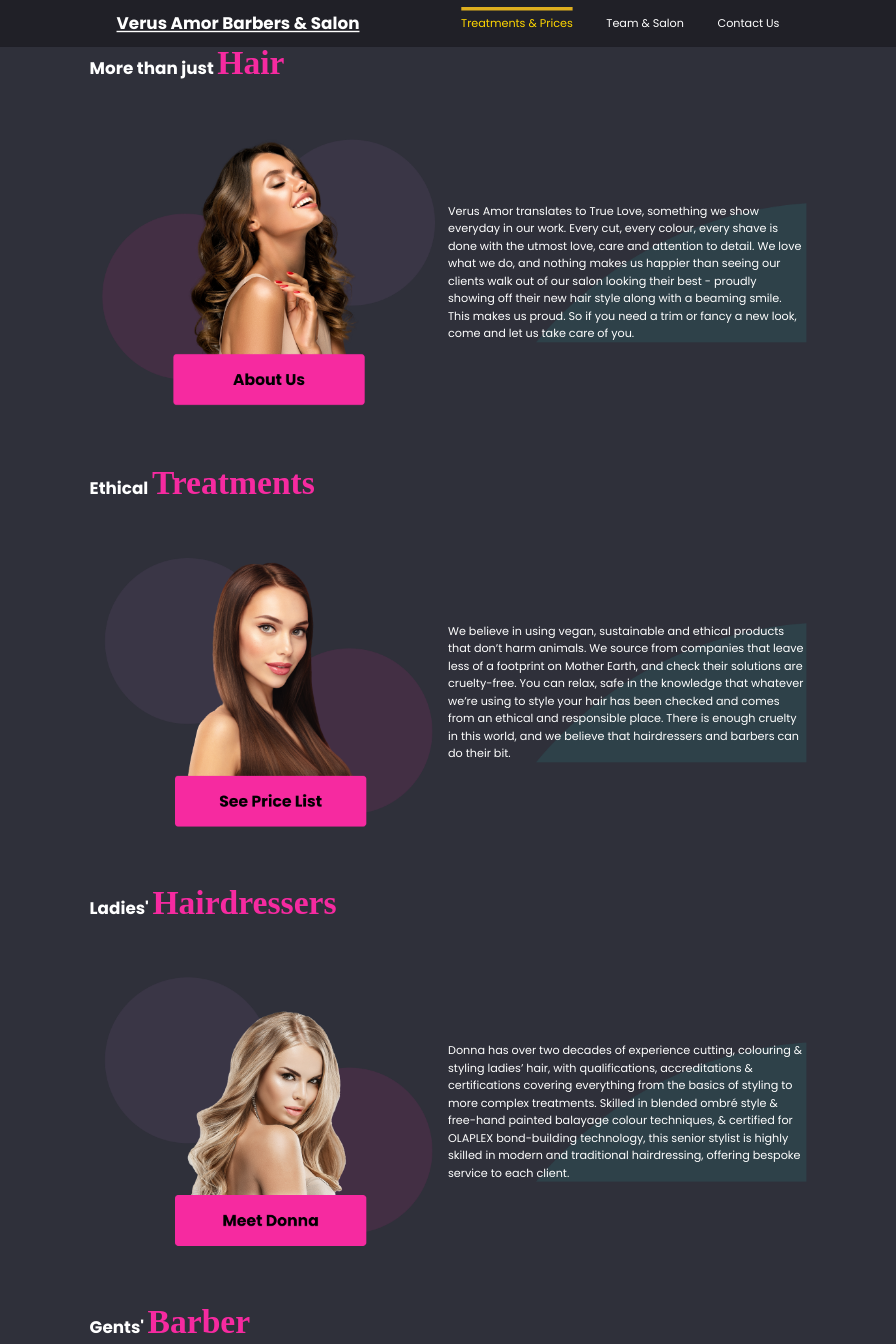
Repository: Troy-Bolt/verustroy-
Page: index.html
The author's editor kept a copy of each file at every save. The page is drawn from the files as they stood at one save, then again after the next save.
The browser window is 1280 px wide. The pictures show the part of the page from y = 0 to 1920 px (the page is 6315 px tall), at 70% of full size.
The first visible `ul li a` is being pressed.
Backgrounds fixed to the window are drawn as part of the page. Some web fonts or font styles are not loaded; a fallback is used.

Above is the page before, as saved 2022-04-21 07:28:18.

After the next save:
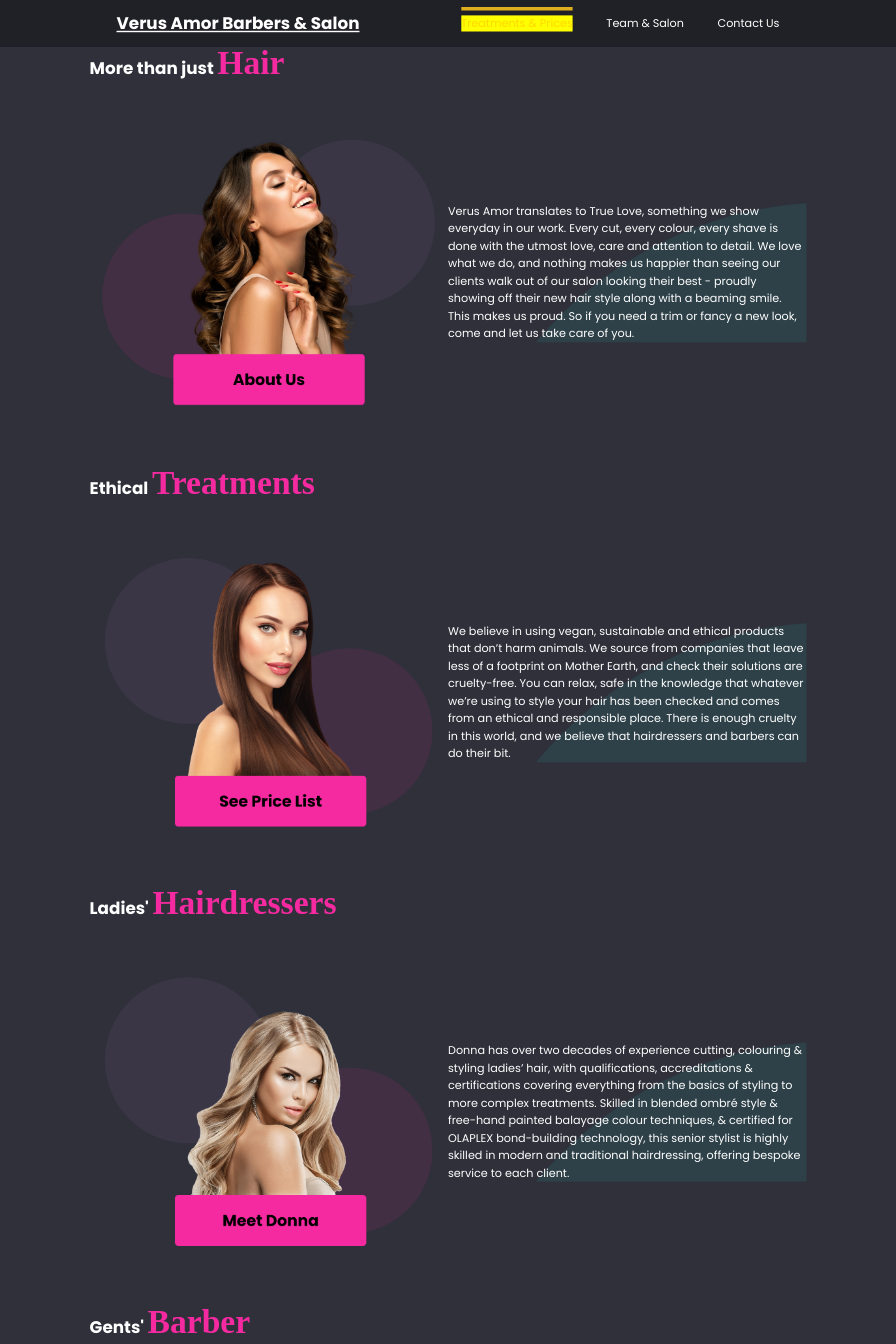
Saved 4 days later.
--- a/CSS/style.css
+++ b/CSS/style.css
@@ -138,6 +138,7 @@
     border-radius: 50px;
     margin: 10px;
     cursor: pointer;
+
   }
   .control ul li.selected {
     background: transparent;
@@ -364,3 +365,8 @@
           display: grid;
           grid-auto-rows: repeat(3, 1fr);
       }
+
+
+      ul li a:active {
+        background-color: yellow;
+      }
